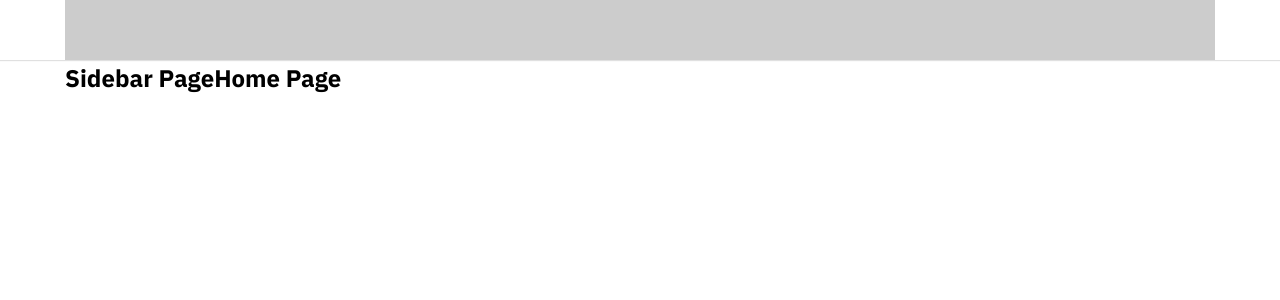
Repository: khuong30082000/tiktok-ui
Page: /
These files come from the project's save history. The page is drawn as it stood at one moment and after the next save; the edit follows.
The browser window is 1280 px wide. The pictures show the whole page.
The project was rebuilt for these pictures with package versions that can differ from the ones it lists, and the page was loaded fresh each time. Also part of the build but not shown: src/components/Layout/DefaultLayout/Sidebar/Sidebar.module.scss, src/components/Layout/HeaderOnly/index.js, src/pages/Following/index.js, src/pages/Profile/index.js, src/pages/Upload/index.js.

Above is the page before, as saved 2022-06-13 13:36:38.

After the next save:
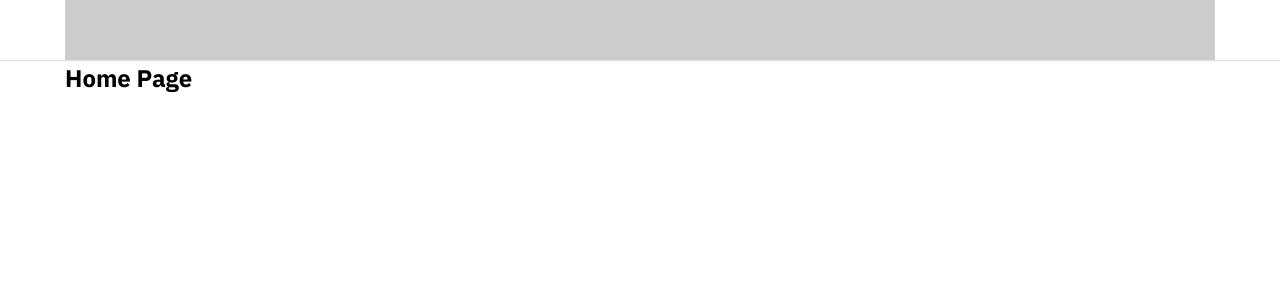
Saved 12 s later.
--- a/src/components/Layout/DefaultLayout/Sidebar/index.js
+++ b/src/components/Layout/DefaultLayout/Sidebar/index.js
@@ -3,7 +3,7 @@
 
 const cx = classNames.bind(styles);
 function Sidebar() {
-  return <h2>Sidebar Page</h2>;
+  return <aside></aside>;
 }
 
 export default Sidebar;
